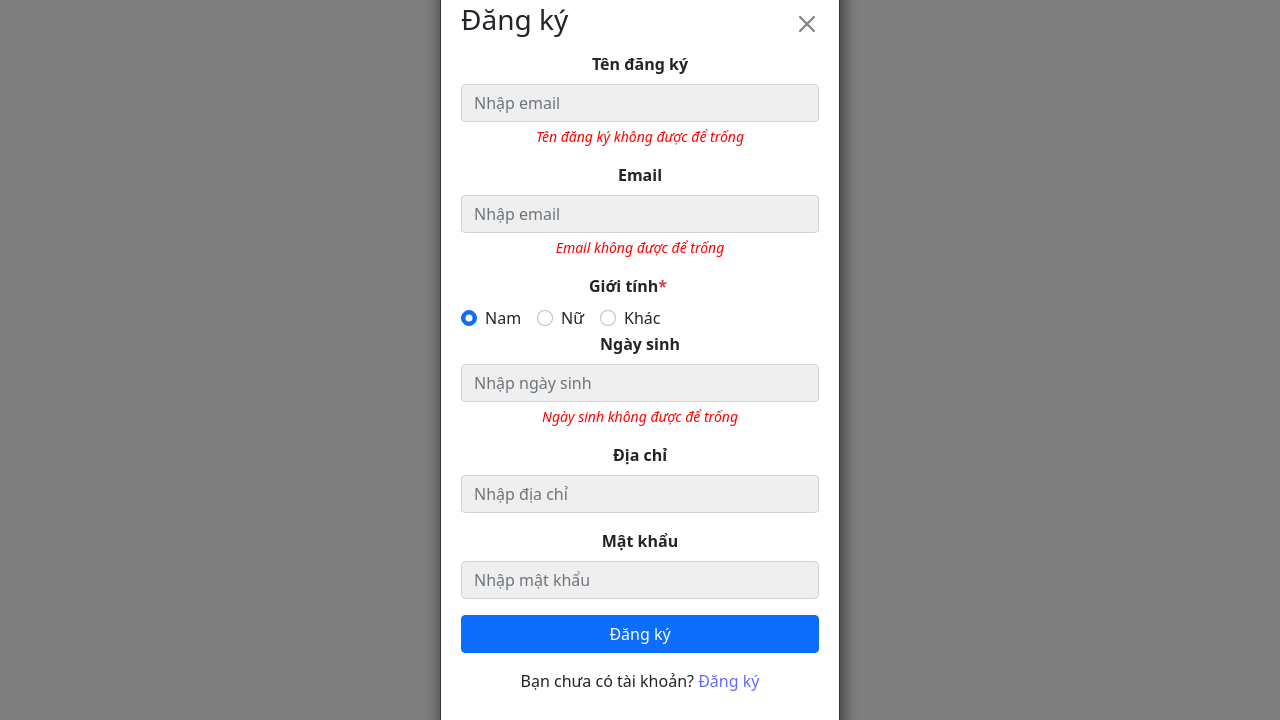
Repository: TinhTT336/MD02_Session12
Page: / (app in client/)
The author's editor kept a copy of each file at every save. The page is drawn from the files as they stood at one save, then again after the next save.
The browser window is 1280 px wide. The pictures show the whole page.
The project was rebuilt for these pictures with package versions that can differ from the ones it lists, and the page was loaded fresh each time. Also part of the build but not shown: client/vite.config.js, client/src/utils/formatData.js, client/src/components/admin/manager-product/FormAdd.jsx, client/src/components/admin/manager-product/FormEdit.jsx, client/src/pages/product/ListProduct.jsx, client/src/components/admin/manager-user/FormAddUser.jsx, client/src/components/admin/manager-user/FormEditUser.jsx, client/src/components/base/loading.css and 4 more.

Above is the page before, as saved 2023-09-12 15:30:40.

### client/index.html
<!DOCTYPE html>
<html lang="en">
  <head>
    <meta charset="UTF-8" />
    <link rel="icon" type="image/svg+xml" href="/vite.svg" />
    <meta name="viewport" content="width=device-width, initial-scale=1.0" />
    <title>Vite + React</title>
    <link
      href="https://cdn.jsdelivr.net/npm/bootstrap@5.0.2/dist/css/bootstrap.min.css"
      rel="stylesheet"
      integrity="sha384-EVSTQN3/azprG1Anm3QDgpJLIm9Nao0Yz1ztcQTwFspd3yD65VohhpuuCOmLASjC"
      crossorigin="anonymous"
    />
    <link
      rel="stylesheet"
      href="https://cdnjs.cloudflare.com/ajax/libs/font-awesome/6.4.2/css/all.min.css"
      integrity="sha512-z3gLpd7yknf1YoNbCzqRKc4qyor8gaKU1qmn+CShxbuBusANI9QpRohGBreCFkKxLhei6S9CQXFEbbKuqLg0DA=="
      crossorigin="anonymous"
      referrerpolicy="no-referrer"
    />
  </head>
  <body>
    <div id="root"></div>
    <script type="module" src="/src/main.jsx"></script>
  </body>
</html>

### client/src/App.jsx
import { useState } from 'react'
import reactLogo from './assets/react.svg'
import viteLogo from '/vite.svg'
import './App.css'
import ListProduct from './pages/product/ListProduct'
import ListUser from './pages/admin/ListUser'
import Login from './pages/user/login/Login'
import Register from './pages/user/register/Register'

function App() {
  const [count, setCount] = useState(0)

  return (
    <>
      {/* <ListProduct /> */}
      {/* <ListUser /> */}
      {/* <Login /> */}
      <Register />
    </>
  )
}

export default App

### client/src/pages/user/register/Register.jsx
import React, { useState } from 'react'
import "./register.css";
export default function Register() {
    const [gender, setGender] = useState(0);

    // danh sach gender
    const listGender = [
        {
            id: 0,
            title: "Nam"
        },
        {
            id: 1,
            title: "Nữ"
        },
        {
            id: 2,
            title: "Khác"
        }
    ]

    const [user, setUser] = useState({
        user_name: '',
        gender: 0,
        dateOfBirth: "",
        email: '',
        address: "",
        password: '',
        role: 1,
    });
    return (
        <>
            <div className='container-login'>
                <form className='form-login'>
                    <div className='d-flex justify-content-between align-items-center mb-2'>
                        <h3>Đăng ký</h3>
                        <div className='btn btn-close'></div>
                    </div>
                    <div className='form-group mb-3'>
                        <label className='form-label' htmlFor="username">Tên đăng ký</label>
                        <input className='form-control' type="text" name="username" id="username" placeholder='Nhập email' />
                        <div className='text-err mt-1 border-err'>Tên đăng ký không được để trống</div>
                    </div>
                    <div className='form-group mb-3'>
                        <label className='form-label' htmlFor="email">Email</label>
                        <input className='form-control' type="text" name="email" id="email" placeholder='Nhập email' />
                        <div className='text-err mt-1 border-err'>Email không được để trống</div>
                    </div>
                    <div className='d-flex flex-column'>
                        <label htmlFor="gender" className="form-label me-4">
                            Giới tính<span className="text-danger">*</span>
                        </label>
                        <div className='d-flex'>
                            {listGender.map(g => (
                                <div className="form-check me-3" key={g.id}>
                                    <input
                                        className="form-check-input"
                                        type="radio" checked={g.id === gender}
                                        name="gender" onChange={() => setGender(g.id)}
                                    />
                                    <label className="form-check-label" htmlFor="gender">{g.title}</label>
                                </div>
                            ))}
                        </div>
                    </div>
                    <div className='form-group mb-3'>
                        <label className='form-label' htmlFor="dateOfBirth">Ngày sinh</label>
                        <input className='form-control' type="text" name="dateOfBirth" id="dateOfBirth" placeholder='Nhập ngày sinh' />
                        <div className='text-err mt-1 border-err'>Ngày sinh không được để trống</div>
                    </div>
                    <div className='form-group mb-3'>
                        <label className='form-label' htmlFor="dateOfBirth">Địa chỉ</label>
                        <input className='form-control' type="text" name="dateOfBirth" id="dateOfBirth" placeholder='Nhập địa chỉ' />
                        {/* <div className='text-err mt-1 border-err'>Ngày sinh không được để trống</div> */}
                    </div>
                    <div className='form-group mb-3'>
                        <label className='form-label' htmlFor="password">Mật khẩu</label>
                        <input className='form-control' type="password" name="password" id="password" placeholder='Nhập mật khẩu' />
                        {/* <div className='text-err mt-1 border-err'>Mật khẩu không được để trống</div> */}
                    </div>
                    <div className='mb-2'>
                        <button className='btn btn-primary w-100'>Đăng ký</button>
                    </div>
                    <p className='p-2 text-center' >Bạn chưa có tài khoản? <a href='#'>Đăng ký</a> </p>

                </form>
            </div>
        </>
    )
}

### client/src/pages/user/login/login.css
.container-login {
  position: fixed;
  top: 0;
  bottom: 0;
  left: 0;
  right: 0;
  background: rgba(0, 0, 0, 0.5);
  display: flex;
  align-items: center;
  justify-content: center;
}
.form-login {
  padding: 30px 20px;
  border: 1px solid #333;
  width: 400px;
  background-color: #fff;
  border-radius: 5px;
  box-shadow: 2px 8px 16px 2px rgba(0, 0, 0, 0.5);
}
.form-group {
  display: flex;
  flex-direction: column;
}
.form-label {
  font-weight: 600;
}
.text-err {
  color: red;
  font-style: italic;
  font-size: 14px;
}
.border-err {
  border-color: red;
}

### client/src/pages/user/register/register.css
.container-login {
  position: fixed;
  top: 0;
  bottom: 0;
  left: 0;
  right: 0;
  background: rgba(0, 0, 0, 0.5);
  display: flex;
  align-items: center;
  justify-content: center;
}
.form-login {
  padding: 30px 20px;
  border: 1px solid #333;
  width: 400px;
  background-color: #fff;
  border-radius: 5px;
  box-shadow: 2px 8px 16px 2px rgba(0, 0, 0, 0.5);
}
.form-group {
  display: flex;
  flex-direction: column;
}
.form-label {
  font-weight: 600;
}
.text-err {
  color: red;
  font-style: italic;
  font-size: 14px;
}
/* .text-err.border-err {
  border-color: red;
} */

### client/src/components/admin/manager-product/product.css
.product-container {
  position: fixed;
  bottom: 0;
  top: 0;
  right: 0;
  left: 0;
  background: rgba(0, 0, 0, 0.6);
  display: flex;
  align-items: center;
  justify-content: center;
  min-height: 100vh;
}
.form-container {
  width: 400px;
  padding: 20px;
  background-color: #fff;
  border: 1px solid #3333;
  border-radius: 4px;
}
.form-control {
  background-color: #efefef;
}

Loaded but not shown: client/src/main.jsx (common file); client/src/index.css (common file); client/src/App.css (common file)

After the next save:
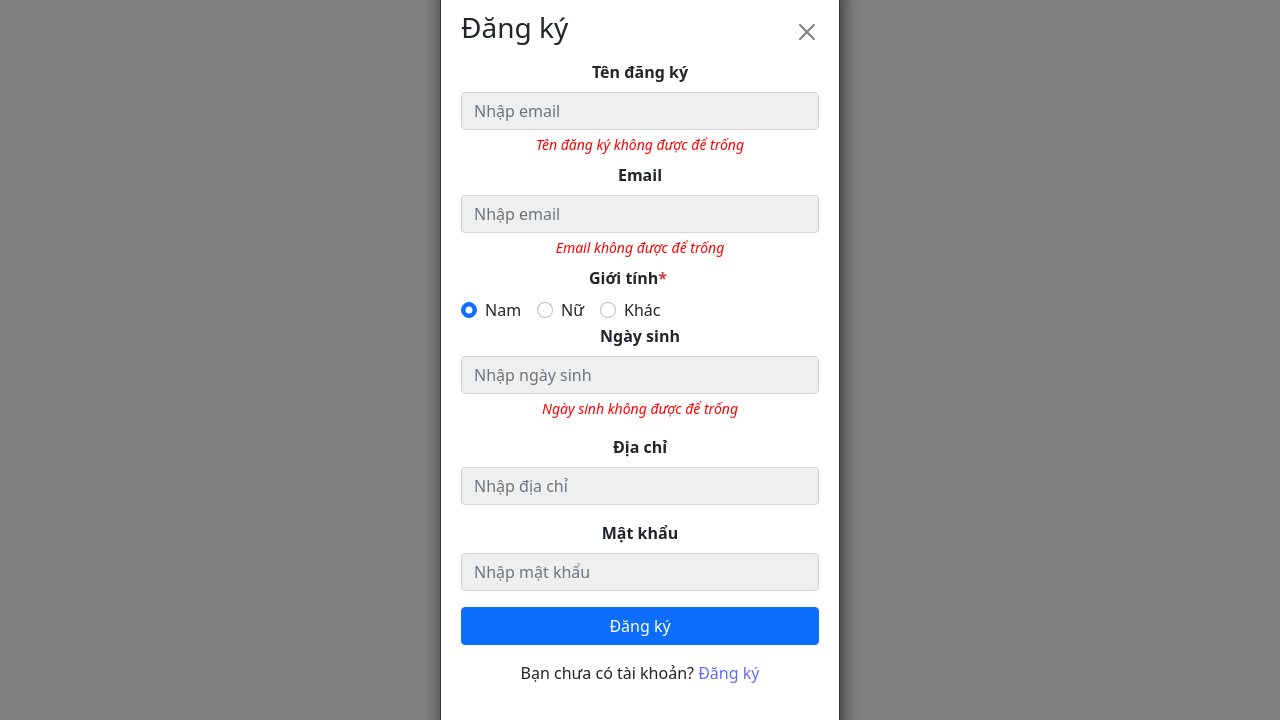
Saved 26 s later.
--- a/client/src/pages/user/register/Register.jsx
+++ b/client/src/pages/user/register/Register.jsx
@@ -36,12 +36,12 @@ export default function Register() {
                         <h3>Đăng ký</h3>
                         <div className='btn btn-close'></div>
                     </div>
-                    <div className='form-group mb-3'>
+                    <div className='form-group mb-2'>
                         <label className='form-label' htmlFor="username">Tên đăng ký</label>
                         <input className='form-control' type="text" name="username" id="username" placeholder='Nhập email' />
                         <div className='text-err mt-1 border-err'>Tên đăng ký không được để trống</div>
                     </div>
-                    <div className='form-group mb-3'>
+                    <div className='form-group mb-2'>
                         <label className='form-label' htmlFor="email">Email</label>
                         <input className='form-control' type="text" name="email" id="email" placeholder='Nhập email' />
                         <div className='text-err mt-1 border-err'>Email không được để trống</div>
